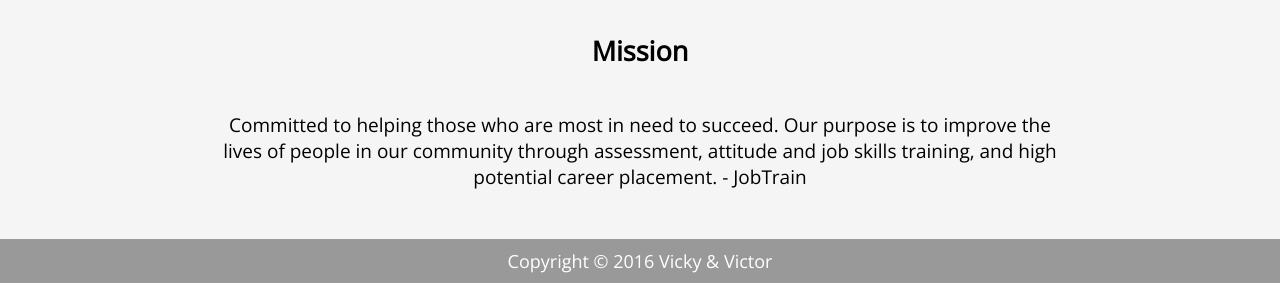
Repository: victorwltsang/jobtrainWork
Page: wireframe/index.html
The author's editor kept a record of every edit. The page is drawn from the files as they stood at one moment, then again after the next edit.
The browser window is 1280 px wide. The pictures show the part of the page from y = 810 to 1345 px (the page is 1093 px tall before and 1345 px after).

Above is the page before.

After the next edit:
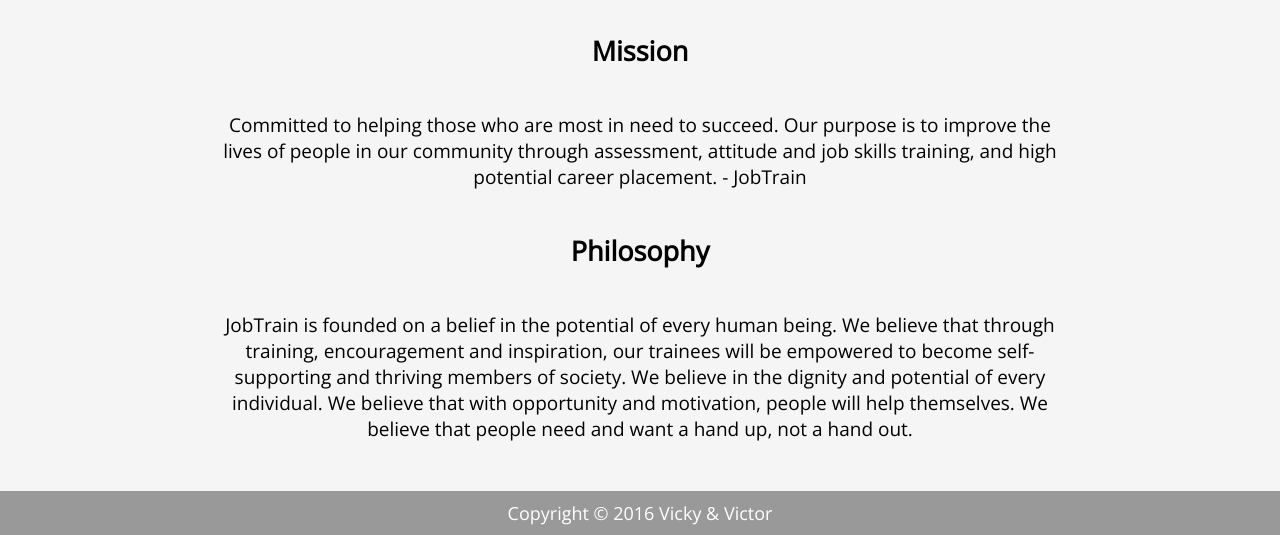
The edit:
--- a/wireframe/index.html
+++ b/wireframe/index.html
@@ -37,7 +37,12 @@
         <div id="mission">
             <h2>Mission</h2>
             <p>Committed to helping those who are most in need to succeed. Our purpose is to improve the lives of people in our community through assessment, attitude and job skills training, and high potential career placement. - JobTrain</p>
-
+         <div id="philosophy">
+         	<h2>Philosophy</h2>
+         	<p>JobTrain is founded on a belief in the potential of every human being. We believe that through training, encouragement and inspiration, our trainees will be empowered to become self-supporting and thriving members of society.
+We believe in the dignity and potential of every individual.
+We believe that with opportunity and motivation, people will help themselves.
+We believe that people need and want a hand up, not a hand out.</p>
         </div>
     </div>
    </div>
